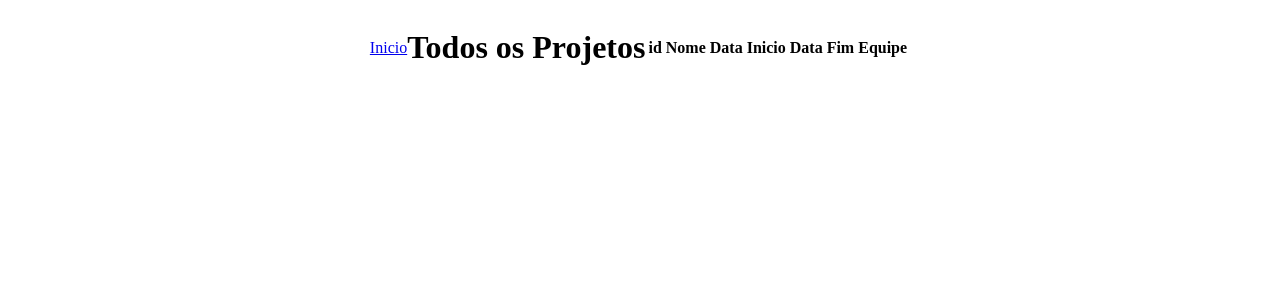
Repository: OmagnetFirel/basico-javaweb
Page: http://localhost/DEVManager/ListarTodosProjetos?np=/listarProjetos.jsp
These files come from the project's save history. The page is drawn as it stood at one moment and after the next save; the edit follows.
The browser window is 1280 px wide. The pictures show the whole page.
The page is served by Tomcat 9. Queries for data that is not in the repository find no rows.

Above is the page before, as saved 2023-04-23 17:58:30.

After the next save:
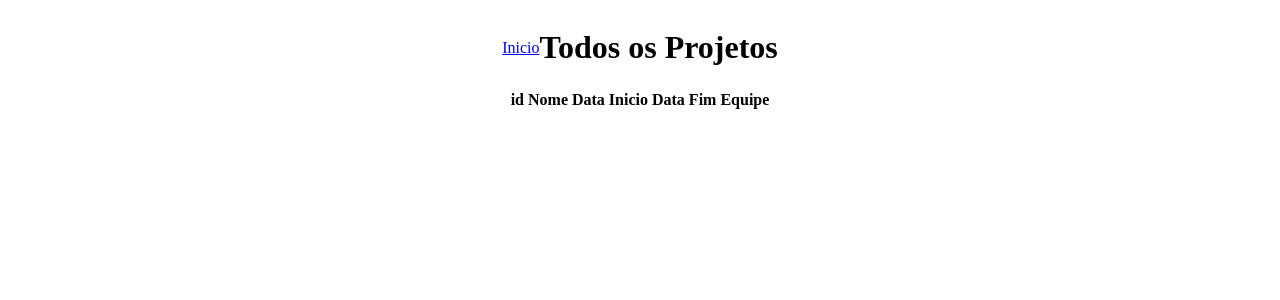
Saved 16 s later.
--- a/DEVManager/src/main/webapp/listarProjetos.jsp
+++ b/DEVManager/src/main/webapp/listarProjetos.jsp
@@ -7,7 +7,7 @@
 <meta charset="ISO-8859-1">
 <title>DM - Todos os projetos</title>
 </head>
-<body  style="display:flex; justify-content:center; align-items:center;">
+<body  style="display:flex; justify-content:center; align-items:center; flex-direction:column;">
 	<div style="display:flex; justify-content:center; align-items:center;">
 		<a href="/index.html">Inicio</a>
 		<h1>Todos os Projetos</h1>
